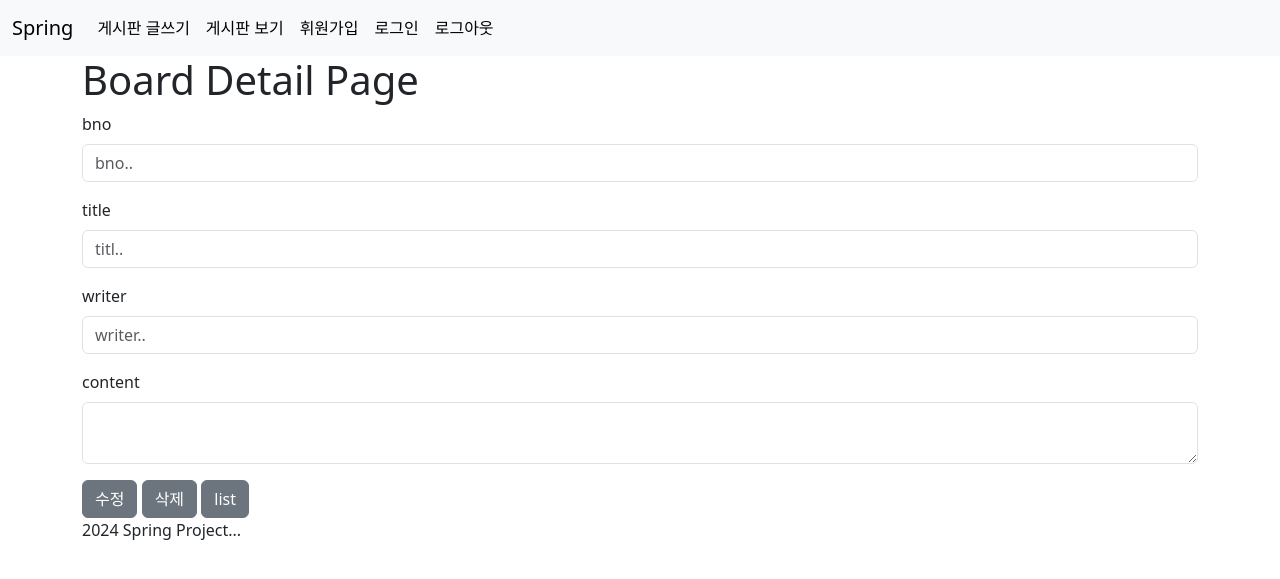
Repository: dlfhrrl12/springtest
Page: http://localhost/spring_study/WEB-INF/views/board/detail.jsp
These files come from the project's save history. The page is drawn as it stood at one moment and after the next save; the edit follows.
The browser window is 1280 px wide. The pictures show the whole page.
The page is served by Tomcat 9. Nobody is signed in. The template is opened directly, without the code that normally fills it, so the values that code supplies are empty.

Above is the page before, as saved 2024-04-24 05:49:35.

### spring_study/src/main/webapp/WEB-INF/views/board/detail.jsp
<%@ page language="java" contentType="text/html; charset=UTF-8"
    pageEncoding="UTF-8"%>
<jsp:include page="../layout/header.jsp"/>
	<div class="container-md">
	<h1>Board Detail Page</h1>

			<div class="mb-3">
		  		<label for="n" class="form-label">bno</label>
		  		<input type="text" class="form-control" name="bno" id="n" placeholder="bno..">
			</div>
			<div class="mb-3">
		  		<label for="t" class="form-label">title</label>
		  		<input type="text" class="form-control" name="title" id="t" placeholder="titl..">
			</div>
			<div class="mb-3">
		  		<label for="w" class="form-label">writer</label>
		  		<input type="text" class="form-control" name="writer" id="w" placeholder="writer..">
			</div>
			<div class="mb-3">
			  <label for="c" class="form-label">content</label>
			  <textarea class="form-control" id="c" name="content" aria-label="With textarea"></textarea>
			</div>
			<a><button type="button" class="btn btn-secondary">수정</button></a>
			<a><button type="button" class="btn btn-secondary">삭제</button></a>
			<a><button type="button" class="btn btn-secondary">list</button></a>

	</div>

<jsp:include page="../layout/footer.jsp" />

### spring_study/src/main/webapp/WEB-INF/views/layout/header.jsp
<%@ page language="java" contentType="text/html; charset=UTF-8"
    pageEncoding="UTF-8"%>
<!DOCTYPE html>
<html>
<head>
<meta charset="UTF-8">
<title>header.jsp</title>
<link href="https://cdn.jsdelivr.net/npm/bootstrap@5.3.3/dist/css/bootstrap.min.css" rel="stylesheet" integrity="sha384-QWTKZyjpPEjISv5WaRU9OFeRpok6YctnYmDr5pNlyT2bRjXh0JMhjY6hW+ALEwIH" crossorigin="anonymous">
<script src="https://cdn.jsdelivr.net/npm/bootstrap@5.3.3/dist/js/bootstrap.bundle.min.js" integrity="sha384-YvpcrYf0tY3lHB60NNkmXc5s9fDVZLESaAA55NDzOxhy9GkcIdslK1eN7N6jIeHz" crossorigin="anonymous"></script>
</head>
<body>
<nav class="navbar navbar-expand-lg bg-body-tertiary">
  <div class="container-fluid">
    <a class="navbar-brand" href="#">Spring</a>
    <button class="navbar-toggler" type="button" data-bs-toggle="collapse" data-bs-target="#navbarSupportedContent" aria-controls="navbarSupportedContent" aria-expanded="false" aria-label="Toggle navigation">
      <span class="navbar-toggler-icon"></span>
    </button>
    <div class="collapse navbar-collapse" id="navbarSupportedContent">
      <ul class="navbar-nav me-auto mb-2 mb-lg-0">
        <li class="nav-item">
          <a class="nav-link active"  href="/board/register">게시판 글쓰기</a>
        </li>
        <li class="nav-item">
          <a class="nav-link active"  href="/board/list">게시판 보기</a>
        </li>
        <li class="nav-item">
          <a class="nav-link active"  href="#">휘원가입</a>
        </li>
        <li class="nav-item">
          <a class="nav-link active"  href="#">로그인</a>
        </li>
        <li class="nav-item">
          <a class="nav-link active"  href="#">로그아웃</a>
        </li>
    </div>
  </div>
</nav>

### spring_study/src/main/webapp/WEB-INF/views/layout/footer.jsp
<%@ page language="java" contentType="text/html; charset=UTF-8"
    pageEncoding="UTF-8"%>



<div class="container-md">
	2024 Spring Project...
</div>

</body>
</html>

After the next save:
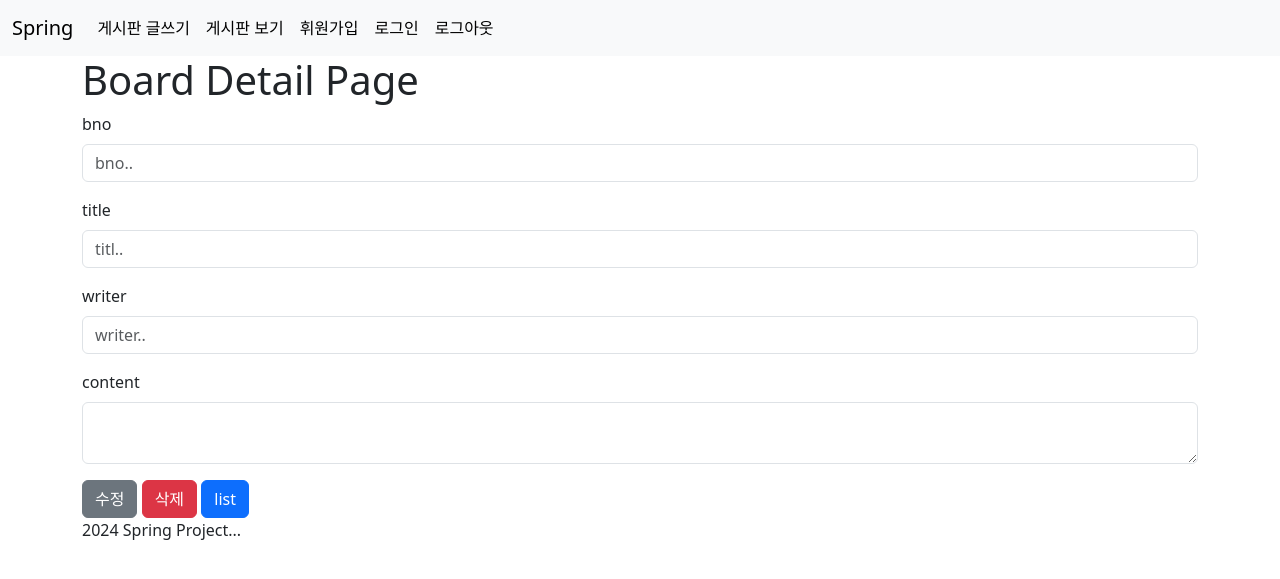
Saved 55 s later.
--- a/spring_study/src/main/webapp/WEB-INF/views/board/detail.jsp
+++ b/spring_study/src/main/webapp/WEB-INF/views/board/detail.jsp
@@ -21,8 +21,8 @@
 			  <textarea class="form-control" id="c" name="content" aria-label="With textarea"></textarea>
 			</div>
 			<a><button type="button" class="btn btn-secondary">수정</button></a>
-			<a><button type="button" class="btn btn-secondary">삭제</button></a>
-			<a><button type="button" class="btn btn-secondary">list</button></a>
+			<a><button type="button" class="btn btn-danger">삭제</button></a>
+			<a><button type="button" class="btn btn-primary">list</button></a>
 
 	</div>
 
